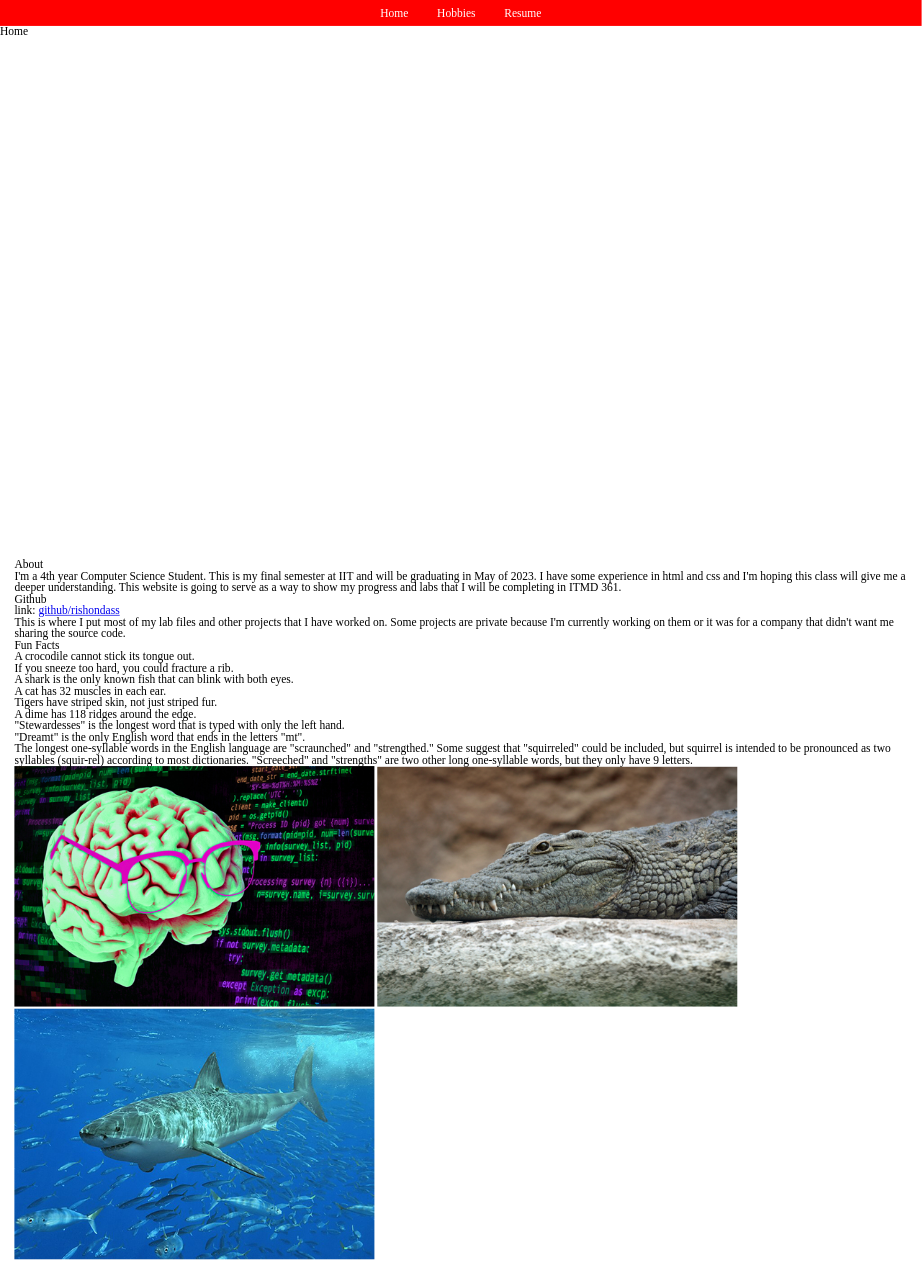
Repository: rishondass/ITMD361-Project2
Page: index.html
The author's editor kept a copy of each file at every save. The page is drawn from the files as they stood at one save, then again after a run of saves.
The browser window is 1280 px wide. The pictures show the whole page, at 72% of full size.

Above is the page before, as saved 2023-03-07 21:45:39.

### index.html
<!DOCTYPE html>
<html lang="en">
<head>
    <meta charset="UTF-8">
    <meta name="viewport" content="width=device-width, initial-scale=1.0">
    <link rel="stylesheet" href="css/style.css">
    <link rel="stylesheet" href="css/normalize.css">
    <title>Home</title>
</head>
<body>
    <nav id="main-nav">
        <ul>
            <li>
                <a href="index.html">Home</a>
            </li>
            <li>
                <a href="hobbies.html">Hobbies</a>
            </li>
            <li>
                <a href="resume.html">Resume</a>
            </li>
        </ul>
    </nav>
    <div id="hero-section">
        <h1>
            Home
        </h1>
    </div>
    <div id="main-container">
        <h2>
            About
        </h2>
        <p>
            I'm a 4th year Computer Science Student. This is my final semester at IIT and will be graduating in May of 2023. I have some experience in html and css and I'm hoping this class will give me a deeper understanding. This website is going to serve as a way to show my progress and labs that I will be completing in ITMD 361.
        </p>
        <h2>
            Github
        </h2>
        <p>
            link: <a target="_blank" href="https://www.github.com/rishondass">github/rishondass</a>
        </p>
        <p>
            This is where I put most of my lab files and other projects that I have worked on. Some projects are private because I'm currently working on them or it was for a company that didn't want me sharing the source code.
        </p>
        <h2>
            Fun Facts
        </h2>
        <ul>
            <li>
                A crocodile cannot stick its tongue out.
            </li>
            <li>
                If you sneeze too hard, you could fracture a rib.
            </li>
            <li>
                A shark is the only known fish that can blink with both eyes.
            </li>
            <li>
                A cat has 32 muscles in each ear.
            </li>
            <li>
                Tigers have striped skin, not just striped fur.
            </li>
            <li>
                A dime has 118 ridges around the edge.
            </li>
            <li>
                "Stewardesses" is the longest word that is typed with only the left hand.
            </li>
            <li>
                "Dreamt" is the only English word that ends in the letters "mt".
            </li>
            <li>
                The longest one-syllable words in the English language are "scraunched" and "strengthed." Some suggest that "squirreled" could be included, but squirrel is intended to be pronounced as two syllables (squir-rel) according to most dictionaries. "Screeched" and "strengths" are two other long one-syllable words, but they only have 9 letters.
            </li>
        </ul>
        <img src="images/code.jpg" alt="image_of_code">
        <img src="images/Nile_crocodile_head.jpg" alt="image_of_crocodile">
        <img src="images/White_shark.jpg" alt="image_of_shark">

    </div>
</body>
</html>

### css/style.css
#main-nav{
    background-color: red;
    overflow: hidden;
}

#main-nav ul{
    list-style-type: none;
    padding: 0;
    margin: 0;
    display: flex;
    justify-content: center;
}

#main-nav a{
   display: block;
   padding: 10px 20px;
   text-decoration: none;
   color: white;
}


#main-nav a:hover{
    background-color: rgb(255, 255, 255);
    color:black;
}

#main-container{
    margin: 20px;
}

#hero-section{
    width: 100%;
    height: 100vh;

}

Loaded but not shown: css/normalize.css (common file)

After the next 4 saves:
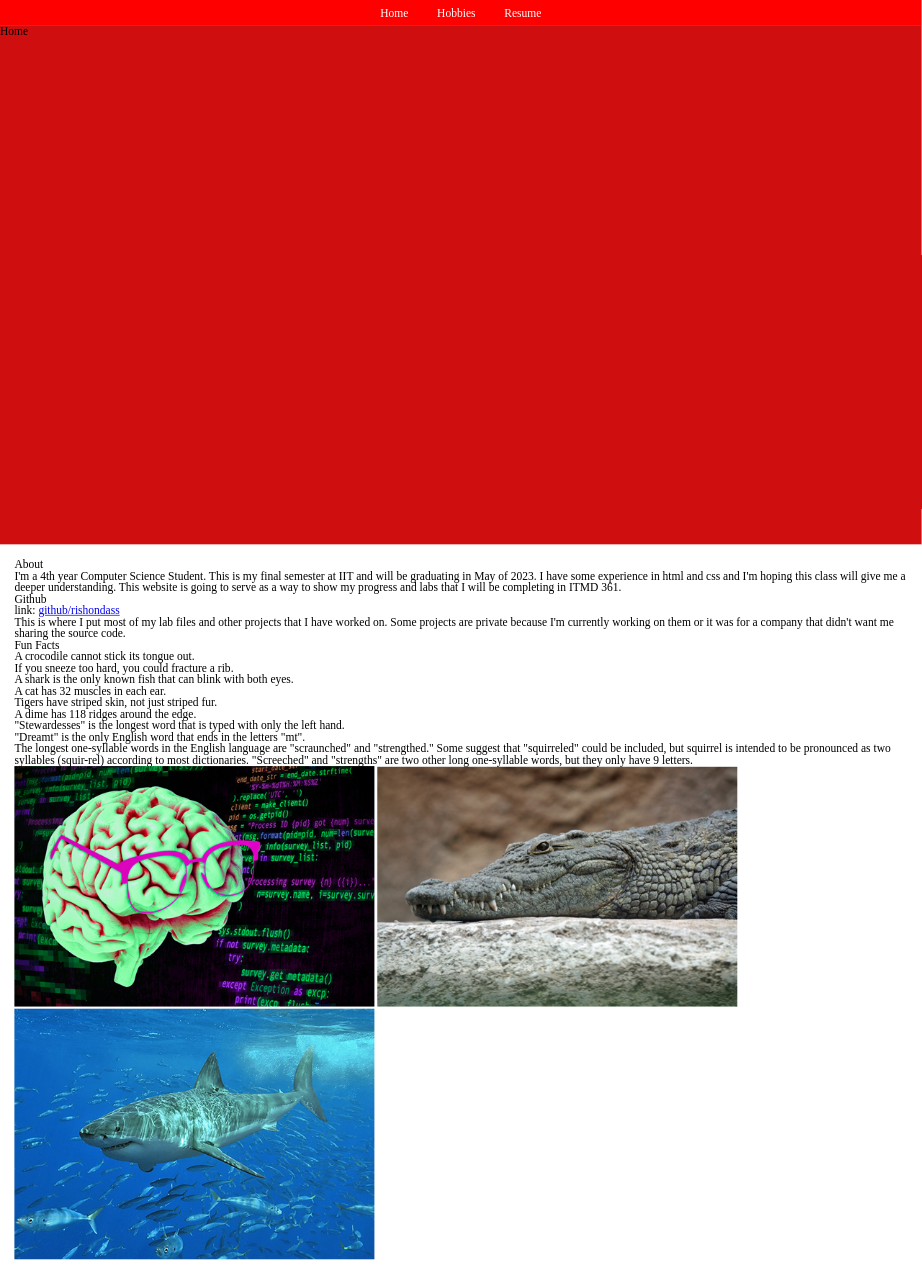
The 4 saves are shown as one change because they came seconds apart.
The last was saved 17 s later.
--- a/css/style.css
+++ b/css/style.css
@@ -31,5 +31,5 @@
 #hero-section{
     width: 100%;
     height: 100vh;
-
+    background-color:rgb(207, 15, 15);
 }
